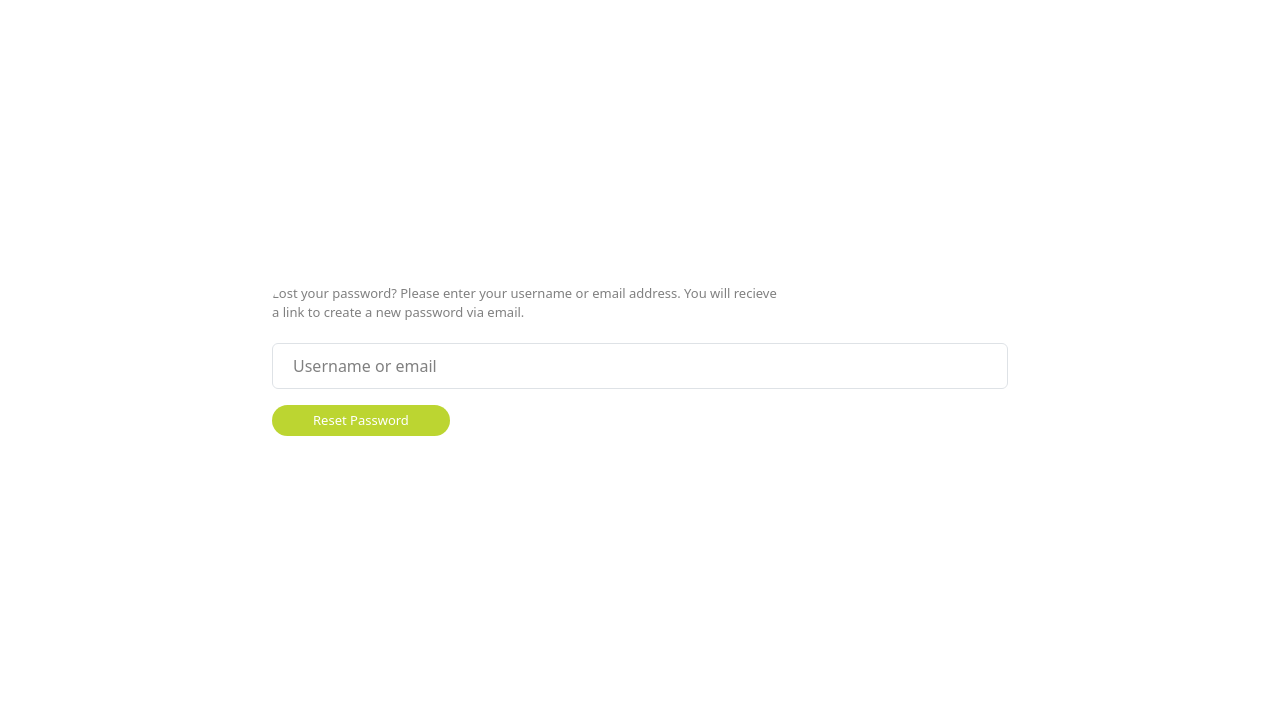
Repository: junivig/volt-new-project
Page: forgot-password.html
The author's editor kept a copy of each file at every save. The page is drawn from the files as they stood at one save, then again after the next save.
The browser window is 1280 px wide. The pictures show the whole page.

Above is the page before, as saved 2025-02-12 14:16:19.

### forgot-password.html
<!DOCTYPE html>
<html lang="en">
<head>
    <meta charset="UTF-8">
    <meta name="viewport" content="width=device-width, initial-scale=1.0">
    <title>Forgot Password</title>
    <!-- Favicons -->
 <link href="assets/img/favicon.png" rel="icon">
 <link href="assets/img/apple-touch-icon.png" rel="apple-touch-icon">

 <!-- Fonts -->
 <link href="https://fonts.googleapis.com" rel="preconnect">
 <link href="https://fonts.gstatic.com" rel="preconnect" crossorigin>
 <link href="https://fonts.googleapis.com/css2?family=Roboto:ital,wght@0,100;0,300;0,400;0,500;0,700;0,900;1,100;1,300;1,400;1,500;1,700;1,900&family=Raleway:ital,wght@0,100;0,200;0,300;0,400;0,500;0,600;0,700;0,800;0,900;1,100;1,200;1,300;1,400;1,500;1,600;1,700;1,800;1,900&family=Ubuntu:ital,wght@0,300;0,400;0,500;0,700;1,300;1,400;1,500;1,700&display=swap" rel="stylesheet">

 <!-- Vendor CSS Files -->
 <link href="assets/vendor/bootstrap/css/bootstrap.min.css" rel="stylesheet">
 <link href="assets/vendor/bootstrap-icons/bootstrap-icons.css" rel="stylesheet">
 <link href="assets/vendor/aos/aos.css" rel="stylesheet">
 <link href="assets/vendor/glightbox/css/glightbox.min.css" rel="stylesheet">
 <link href="assets/vendor/swiper/swiper-bundle.min.css" rel="stylesheet">

  <!-- Main CSS File -->
  <link href="assets/css/main.css" rel="stylesheet">
    <link href="https://cdn.jsdelivr.net/npm/bootstrap@5.3.0/dist/css/bootstrap.min.css" rel="stylesheet">
    <style>
        .btn-light-green {
            background-color: #BCD531 !important;
            color: white !important;
            font-size: small;
            padding: 5px 40px;
            border-radius: 40px;
        }
        .card {
            border: none;
            border-top-left-radius: 20px;
            border-top-right-radius: 20px;
        }
        .form-control {
            padding: 10px 20px;
            color: grey !important;
        }
        .form-control::placeholder {
            color: grey !important;
        }
        .privacy-text {
            color: grey;
            font-size: small;
            margin-bottom: 20px;
        }
    </style>
</head>
<body class="d-flex justify-content-center align-items-center vh-100">
    <div class="container">
        <div class="row justify-content-center">
            <div class="col-md-8">
                <div class="card">
                            <form>
                                <p class="privacy-text">Lost your password? Please enter your username or email address.
                                     You will recieve <br/> a link to create a new password via email.</p>
                                <div class="mb-3">
                                    <input type="email" class="form-control" id="register-email" placeholder="Username or email">
                                </div>
                                <button type="submit" class="btn btn-light-green">Reset Password</button>
                            </form>
                </div>
            </div>
        </div>
    </div>
    <script src="https://cdn.jsdelivr.net/npm/bootstrap@5.3.0/dist/js/bootstrap.bundle.min.js"></script>
</body>
</html>

### footer.html

<!-- Subscribe Footer Section -->
<section class="bg-image">
    <div class="footer-newsletter">
      <div class="container">
        <div class="row justify-content-center text-center">
          <div class="col-lg-6">
            <p class="footer-newsletter-sub-heading">Follow & Subscribe</p>
            <h4 class="footer-newsletter-heading">Get to Update & New Food.</h4>
            <p class="footer-newsletter-text">We are the best quality elementum integer enim neque volutpat ac. Morbi enim nunc
              faucibus amet consectetur adipiscing elit duis tempus urna et pharetra pharetra.</p>
            <div class="mt-4">
              <a href="#about" class="subscribe-button">FOLLOW & SUBSCRIBE</a>
            </div>
          </div>
        </div>
      </div>
    </div>
  </section>


  <footer id="footer" class="footer">
    <div class="container footer-top">
      <div class="row gy-4">
        <div class="col-lg-3 col-md-6 footer-about">
          <a href="index.html" class="logo d-flex align-items-center me-auto">
            <img src="assets/img/logo.png" alt="Logo Image">
          </a>

        </div>

        <div class="col-lg-2 col-md-3 footer-links">
          <h4 class="footer-pages-heading">Restaurant</h4>
          <ul>
            <li> <a href="#">Home</a></li>
            <li> <a href="about.html">About us</a></li>
            <li> <a href="contact.html">Contact us</a></li>
            <li> <a href="privacy-and-policy.html">Terms of service</a></li>
          </ul>
        </div>

        <div class="col-lg-2 col-md-3 footer-links">
          <h4 class="footer-pages-heading">Categories</h4>
          <ul>
            <li> <a href="#">Menu Special</a></li>
            <li> <a href="#">Menu Popular</a></li>
            <li> <a href="#">Health Nutrition</a></li>
            <li> <a href="#">Meat Inside</a></li>
          </ul>
        </div>
        <div class="col-lg-2 col-md-3 footer-links">
          <h4 class="footer-pages-heading">Useful Links</h4>
          <ul>
            <li> <a href="#">Payment & Tax</a></li>
            <li> <a href="#">Trusted Quality</a></li>
            <li> <a href="#">Promotion Week</a></li>
            <li> <a href="#">Reservation</a></li>
          </ul>
        </div>

        <div class="col-lg-3 col-md-12">
          <h4 class="footer-pages-heading">Loveit App is now Ready Search for all.</h4>
          <p>Proin fermentum leo vel orci porta non pulvinar neque. <br> Pellentesque</p>
          <div class="row">
            <div class="col-lg-5 col-md-6 col-sm-12">
              <img src="assets/img/android.png" alt="Google Play Image" class="mobile-app-image">
           </div>
           <div class="col-lg-5 col-md-6 col-sm-12">
            <img src="assets/img/apple.png" alt="Apple Store Image" class="mobile-app-image">
         </div>
        </div>

      </div>
    </div>
    </div>
    <div class="row copyright mt-4">
      <div class="row">
      <div class="col-lg-6 col-md-12 col-sm-12">
        <p class="mt-2">© 2025<span>Copyright All Rights Reserved</span></p>
      </div>
      <div class="col-lg-3 col-md-12 col-md-12">
      </div>
      <div class="col-lg-3 col-md-12 col-md-12 social-media-icons">
        <div class="social-links d-flex text-end">
          <a href=""><img src="assets/img/facebook.png" alt="Logo Image"></a>
          <a href=""><img src="assets/img/twitter.png" alt="Logo Image"></a>
          <a href=""><img src="assets/img/linkedin.png" alt="Logo Image"></i></a>
          <a href=""><img src="assets/img/youtube.png" alt="Logo Image"></i></a>
        </div>
      </div>
      </div>
    </div>
  </footer>

Loaded but not shown: assets/vendor/bootstrap/css/bootstrap.min.css (library); assets/vendor/bootstrap-icons/bootstrap-icons.css (library); assets/vendor/aos/aos.css (library); assets/vendor/glightbox/css/glightbox.min.css (library); assets/vendor/swiper/swiper-bundle.min.css (library); assets/css/main.css (2788 lines, source omitted)

After the next save:
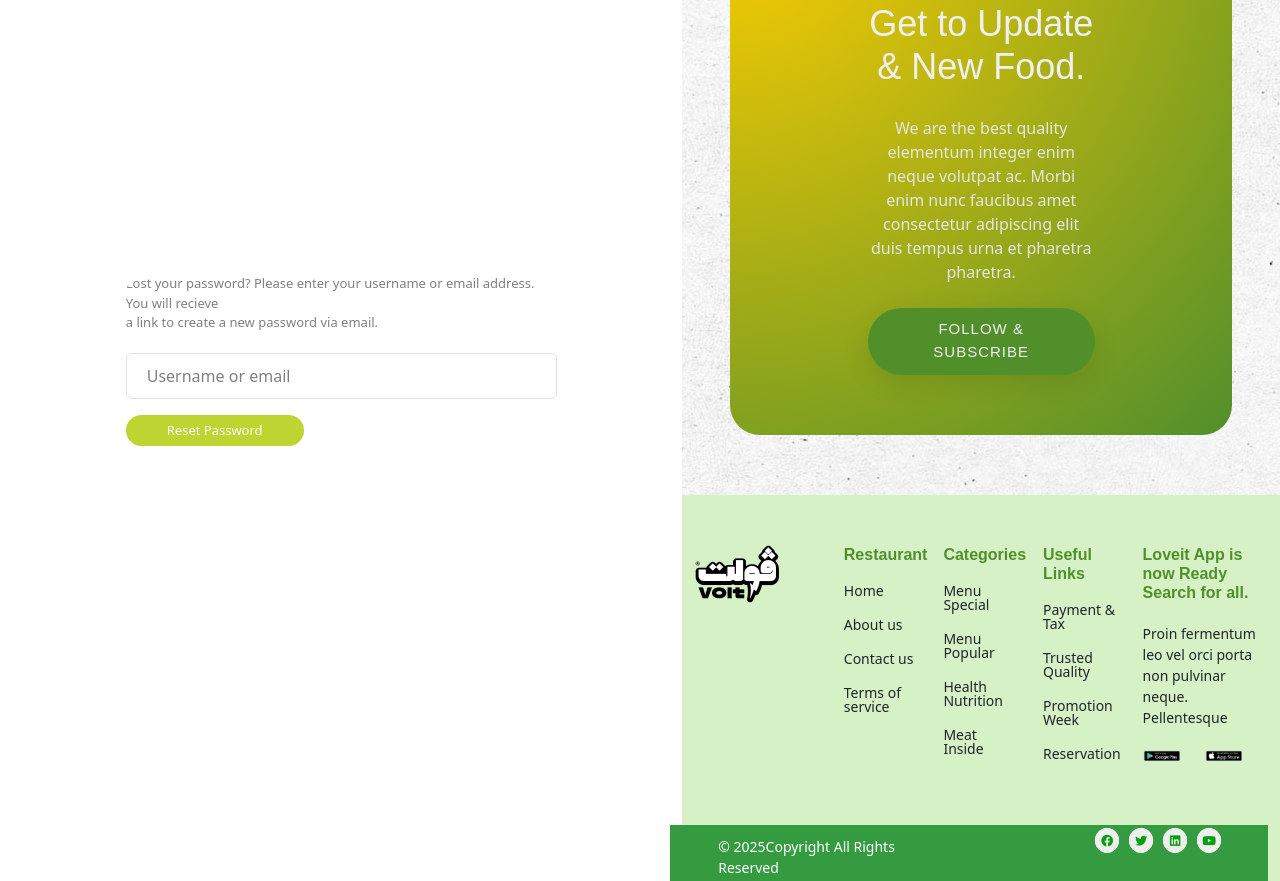
Saved 22 s later.
--- a/forgot-password.html
+++ b/forgot-password.html
@@ -67,6 +67,23 @@
             </div>
         </div>
     </div>
+
+
+       <!-- /Subscribe Footer Section -->
+  <!-- Footer will be loaded here -->
+  <div id="footer-placeholder"></div>
+
+  <script>
+    // Load footer.html into the placeholder div
+    fetch("footer.html")
+        .then(response => response.text())
+        .then(data => {
+            document.getElementById("footer-placeholder").innerHTML = data;
+        })
+        .catch(error => console.error("Error loading footer:", error));
+</script>
+
+    <script src="https://cdn.jsdelivr.net/npm/bootstrap@5.3.0/dist/js/bootstrap.bundle.min.js"></script>
     <script src="https://cdn.jsdelivr.net/npm/bootstrap@5.3.0/dist/js/bootstrap.bundle.min.js"></script>
 </body>
 </html>
